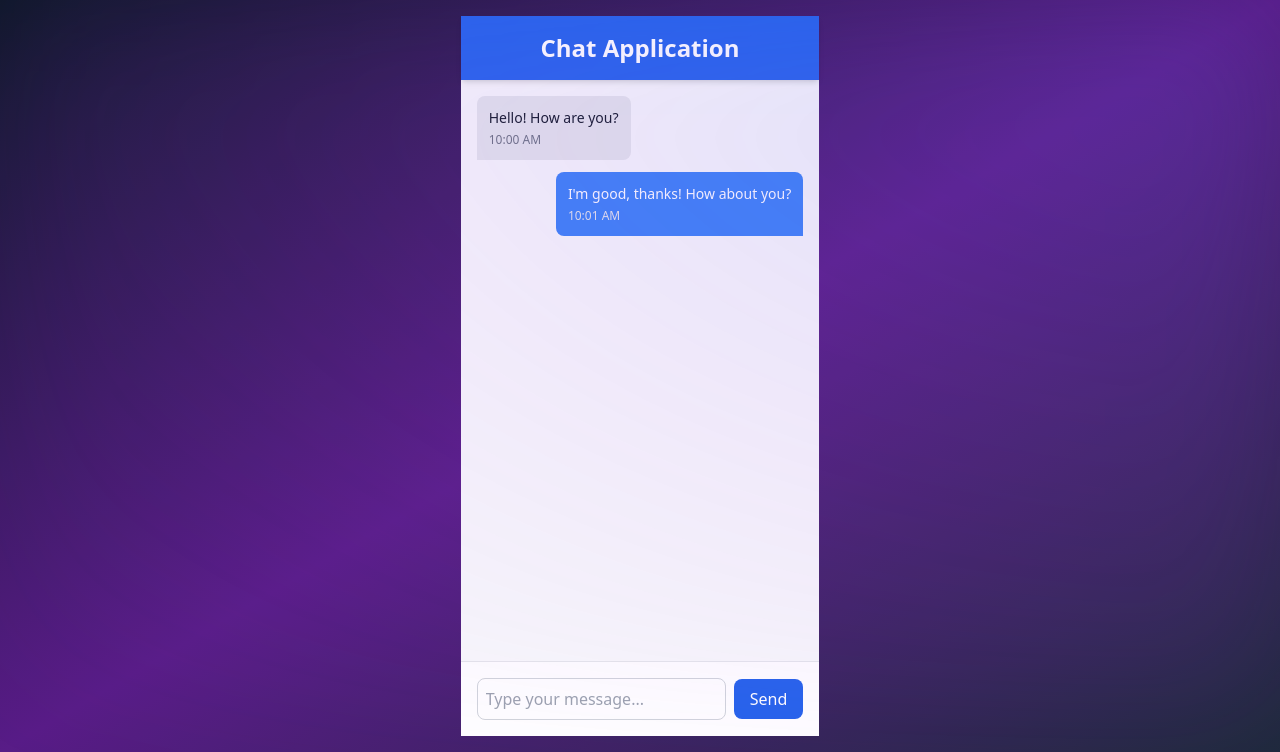
Repository: RahulRajKhadka/chat_appy
Page: / (app in Frontend/)
The author's editor kept a copy of each file at every save. The page is drawn from the files as they stood at one save, then again after the next save.
The browser window is 1280 px wide. The pictures show the whole page.
The page's requests for data from a server got no answer. The project was rebuilt for these pictures with package versions that can differ from the ones it lists, and the page was loaded fresh each time. No one was signed in, and anything a server would have sent is missing. Also part of the build but not shown: Frontend/vite.config.js, Frontend/src/pages/Loginpage.jsx, Frontend/src/pages/SignUppage.jsx.

Above is the page before, as saved 2025-11-02 09:13:25.

### Frontend/src/App.jsx
import { Routes, Route } from "react-router";
import { LoginPage } from "./pages/Loginpage.jsx";
import { SignupPage } from "./pages/SignUppage.jsx";
import { ChatPage } from "./pages/Chatpage.jsx";
import { useEffect } from "react";
import { useAuthStore } from "../src/useAuthStore.js/useAuthStore.js"

function App() {
  const { checkAuth, isCheckingAuth, authUser } = useAuthStore();

  useEffect(() => {
    checkAuth();
  }, [checkAuth]);

  console.log("Auth User:", authUser, "Checking Auth:", isCheckingAuth);

  return (
    <div
      className="min-h-screen flex items-center justify-center p-4 overflow-hidden
                    bg-gradient-to-br from-slate-900 via-purple-900 to-slate-800"
    >
      <div
        className="absolute inset-0 bg-[radial-gradient(ellipse_at_top_right,_var(--tw-gradient-stops))]
                      from-indigo-500/20 via-purple-500/10 to-transparent blur-3xl"
      ></div>

      <Routes>
        <Route path="/login" element={<LoginPage />} />
        <Route path="/signup" element={<SignupPage />} />
        <Route path="/" element={<ChatPage />} />
      </Routes>
    </div>
  );
}

export default App;

### Frontend/src/pages/Chatpage.jsx
import { useState, useRef, useEffect } from "react";

export const ChatPage = () => {
  const [messages, setMessages] = useState([
    { id: 1, text: "Hello! How are you?", time: "10:00 AM", sender: "other" },
    {
      id: 2,
      text: "I'm good, thanks! How about you?",
      time: "10:01 AM",
      sender: "me",
    },
  ]);
  const [newMessage, setNewMessage] = useState("");
  const messagesEndRef = useRef(null);

  // Auto scroll to bottom whenever new message is added
  useEffect(() => {
    messagesEndRef.current?.scrollIntoView({ behavior: "smooth" });
  }, [messages]);

  // Handle message send
  const handleSend = (e) => {
    e.preventDefault();
    if (!newMessage.trim()) return;

    const message = {
      id: Date.now(),
      text: newMessage,
      time: new Date().toLocaleTimeString([], {
        hour: "2-digit",
        minute: "2-digit",
      }),
      sender: "me",
    };

    setMessages((prev) => [...prev, message]);
    setNewMessage("");
  };

  return (
    <div className="flex flex-col h-screen bg-gray-50">
      {/* Header */}
      <header className="bg-blue-600 text-white p-4 shadow-md">
        <h1 className="text-2xl font-bold text-center">Chat Application</h1>
      </header>

      {/* Chat messages */}
      <main className="flex-grow p-4 overflow-y-auto">
        {messages.map((msg) => (
          <div
            key={msg.id}
            className={`flex mb-3 ${
              msg.sender === "me" ? "justify-end" : "justify-start"
            }`}
          >
            <div
              className={`p-3 rounded-lg max-w-xs ${
                msg.sender === "me"
                  ? "bg-blue-500 text-white rounded-br-none"
                  : "bg-gray-200 text-gray-900 rounded-bl-none"
              }`}
            >
              <p className="text-sm">{msg.text}</p>
              <span
                className={`text-xs block mt-1 ${
                  msg.sender === "me" ? "text-gray-200" : "text-gray-500"
                }`}
              >
                {msg.time}
              </span>
            </div>
          </div>
        ))}
        <div ref={messagesEndRef} />
      </main>

      {/* Input area */}
      <footer className="bg-white p-4 border-t">
        <form onSubmit={handleSend} className="flex items-center space-x-2">
          <input
            type="text"
            value={newMessage}
            onChange={(e) => setNewMessage(e.target.value)}
            placeholder="Type your message..."
            className="flex-grow border border-gray-300 rounded-lg p-2 focus:outline-none focus:ring-2 focus:ring-blue-400"
          />
          <button
            type="submit"
            className="bg-blue-600 text-white px-4 py-2 rounded-lg hover:bg-blue-700 transition"
          >
            Send
          </button>
        </form>
      </footer>
    </div>
  );
};

export default ChatPage;

### Frontend/src/useAuthStore.js/useAuthStore.js
import { create } from "zustand";
import { axiosInstance } from "../lib/axios";

export const useAuthStore = create((set) => ({
  authUser: null,
  isCheckingAuth: true,

  checkAuth: async () => {
    try {
      const response = await axiosInstance.get("/auth/check");
      set({ authUser: response.data.user, isCheckingAuth: false });
    } catch (error) {
        console.error("Error checking auth:", error);
      set({ authUser: null, isCheckingAuth: false });
    }
  },
}));

### Frontend/src/lib/axios.js
import axios from "axios";

export const axiosInstance = axios.create({
  baseURL:
    import.meta.env.MODE == "development"
      ? "http://localhost:3000"
      : "https://your-production-url.com",
  withCredentials: true,
});

Loaded but not shown: Frontend/index.html (common file); Frontend/src/main.jsx (common file); Frontend/src/index.css (common file); Frontend/tailwind.config.js (common file)

After the next save:
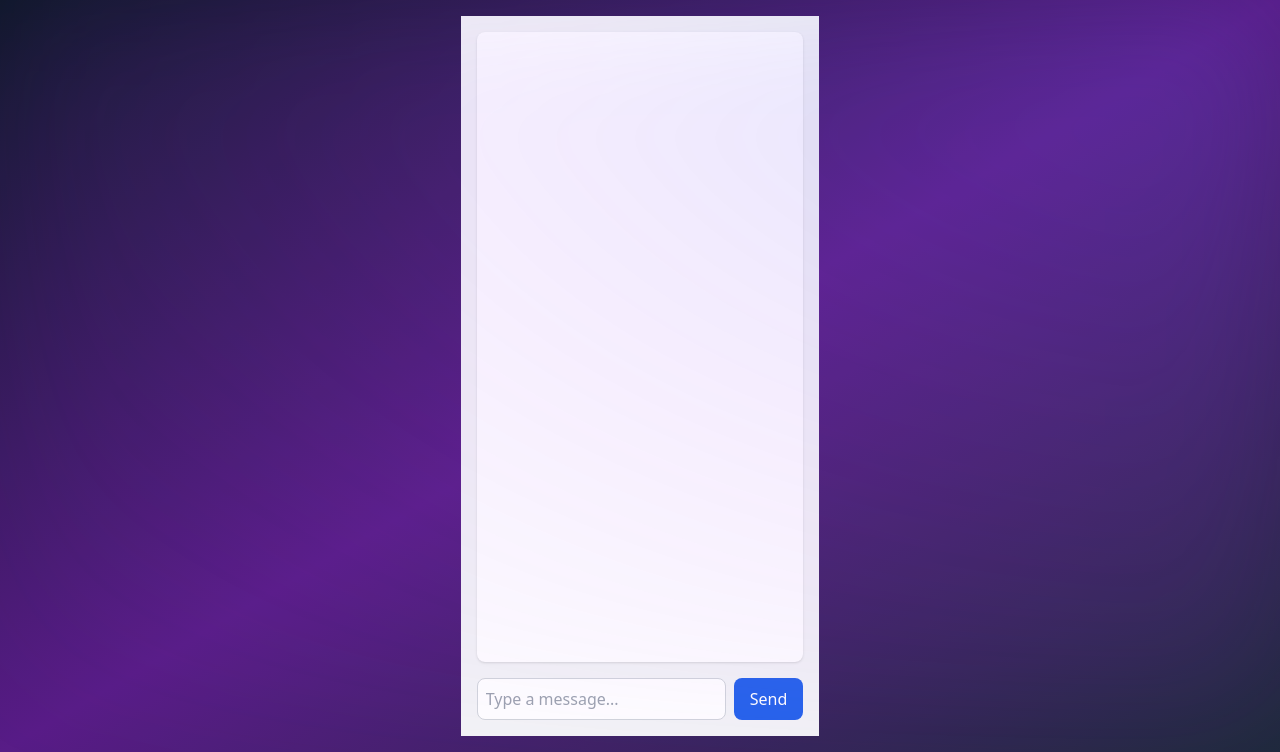
Saved 8 s later.
--- a/Frontend/src/pages/Chatpage.jsx
+++ b/Frontend/src/pages/Chatpage.jsx
@@ -1,99 +1,36 @@
-import { useState, useRef, useEffect } from "react";
+import { useState } from "react";
 
 export const ChatPage = () => {
-  const [messages, setMessages] = useState([
-    { id: 1, text: "Hello! How are you?", time: "10:00 AM", sender: "other" },
-    {
-      id: 2,
-      text: "I'm good, thanks! How about you?",
-      time: "10:01 AM",
-      sender: "me",
-    },
-  ]);
-  const [newMessage, setNewMessage] = useState("");
-  const messagesEndRef = useRef(null);
+  const [messages, setMessages] = useState([]);
+  const [input, setInput] = useState("");
 
-  // Auto scroll to bottom whenever new message is added
-  useEffect(() => {
-    messagesEndRef.current?.scrollIntoView({ behavior: "smooth" });
-  }, [messages]);
-
-  // Handle message send
   const handleSend = (e) => {
     e.preventDefault();
-    if (!newMessage.trim()) return;
-
-    const message = {
-      id: Date.now(),
-      text: newMessage,
-      time: new Date().toLocaleTimeString([], {
-        hour: "2-digit",
-        minute: "2-digit",
-      }),
-      sender: "me",
-    };
-
-    setMessages((prev) => [...prev, message]);
-    setNewMessage("");
+    if (input.trim()) {
+      setMessages([...messages, input]);
+      setInput("");
+    }
   };
 
   return (
-    <div className="flex flex-col h-screen bg-gray-50">
-      {/* Header */}
-      <header className="bg-blue-600 text-white p-4 shadow-md">
-        <h1 className="text-2xl font-bold text-center">Chat Application</h1>
-      </header>
-
-      {/* Chat messages */}
-      <main className="flex-grow p-4 overflow-y-auto">
-        {messages.map((msg) => (
-          <div
-            key={msg.id}
-            className={`flex mb-3 ${
-              msg.sender === "me" ? "justify-end" : "justify-start"
-            }`}
-          >
-            <div
-              className={`p-3 rounded-lg max-w-xs ${
-                msg.sender === "me"
-                  ? "bg-blue-500 text-white rounded-br-none"
-                  : "bg-gray-200 text-gray-900 rounded-bl-none"
-              }`}
-            >
-              <p className="text-sm">{msg.text}</p>
-              <span
-                className={`text-xs block mt-1 ${
-                  msg.sender === "me" ? "text-gray-200" : "text-gray-500"
-                }`}
-              >
-                {msg.time}
-              </span>
-            </div>
-          </div>
+    <div className="flex flex-col h-screen bg-gray-100 p-4">
+      <div className="flex-1 overflow-auto bg-white p-4 rounded-lg shadow mb-4">
+        {messages.map((msg, i) => (
+          <div key={i} className="mb-2 p-2 bg-blue-100 rounded-lg">{msg}</div>
         ))}
-        <div ref={messagesEndRef} />
-      </main>
-
-      {/* Input area */}
-      <footer className="bg-white p-4 border-t">
-        <form onSubmit={handleSend} className="flex items-center space-x-2">
-          <input
-            type="text"
-            value={newMessage}
-            onChange={(e) => setNewMessage(e.target.value)}
-            placeholder="Type your message..."
-            className="flex-grow border border-gray-300 rounded-lg p-2 focus:outline-none focus:ring-2 focus:ring-blue-400"
-          />
-          <button
-            type="submit"
-            className="bg-blue-600 text-white px-4 py-2 rounded-lg hover:bg-blue-700 transition"
-          >
-            Send
-          </button>
-        </form>
-      </footer>
+      </div>
+      <form onSubmit={handleSend} className="flex gap-2">
+        <input
+          type="text"
+          placeholder="Type a message..."
+          className="flex-1 p-2 border border-gray-300 rounded-lg focus:ring-2 focus:ring-blue-400"
+          value={input}
+          onChange={(e) => setInput(e.target.value)}
+        />
+        <button className="bg-blue-600 text-white px-4 rounded-lg hover:bg-blue-700 transition">
+          Send
+        </button>
+      </form>
     </div>
   );
 };
-
-export default ChatPage;
